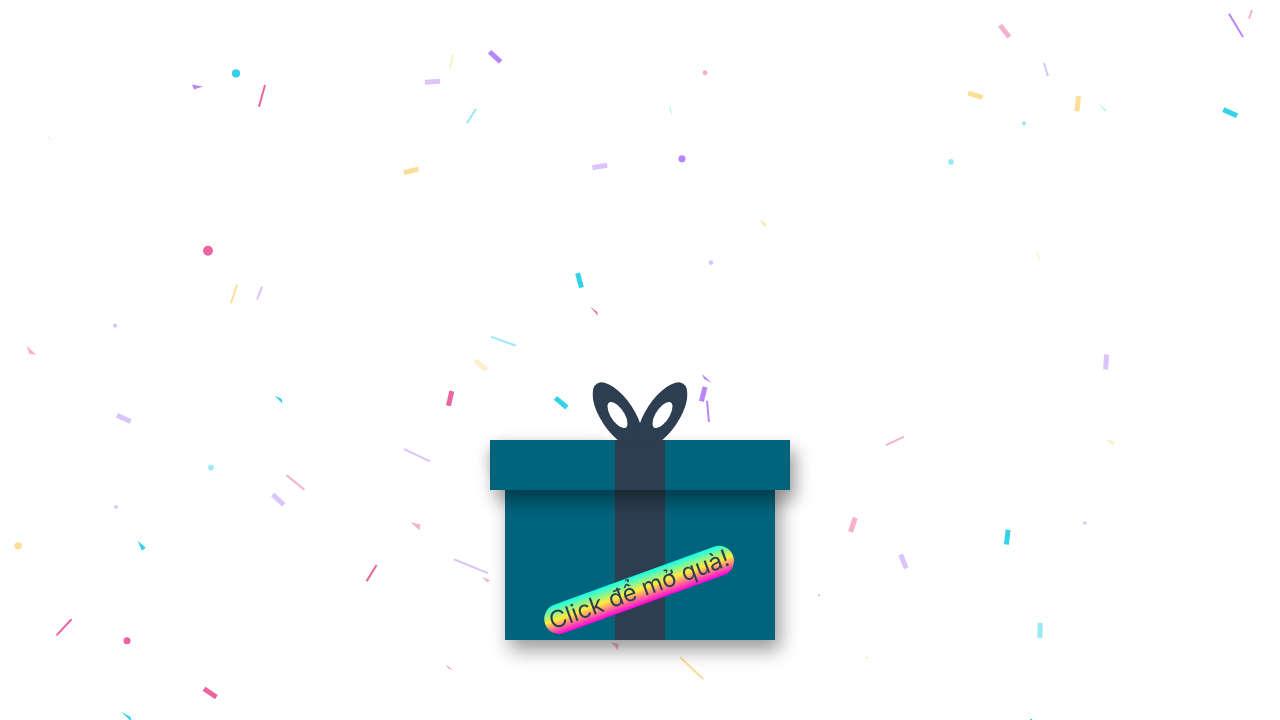
Repository: trongnghia161001/birth_day
Page: index.html
An editor plug-in stored every save of this project. The page is shown before and after the next save, followed by the edit.
The browser window is 1280 px wide. The pictures show the whole page.

Above is the page before, as saved 2022-11-14 23:01:37.

After the next save:
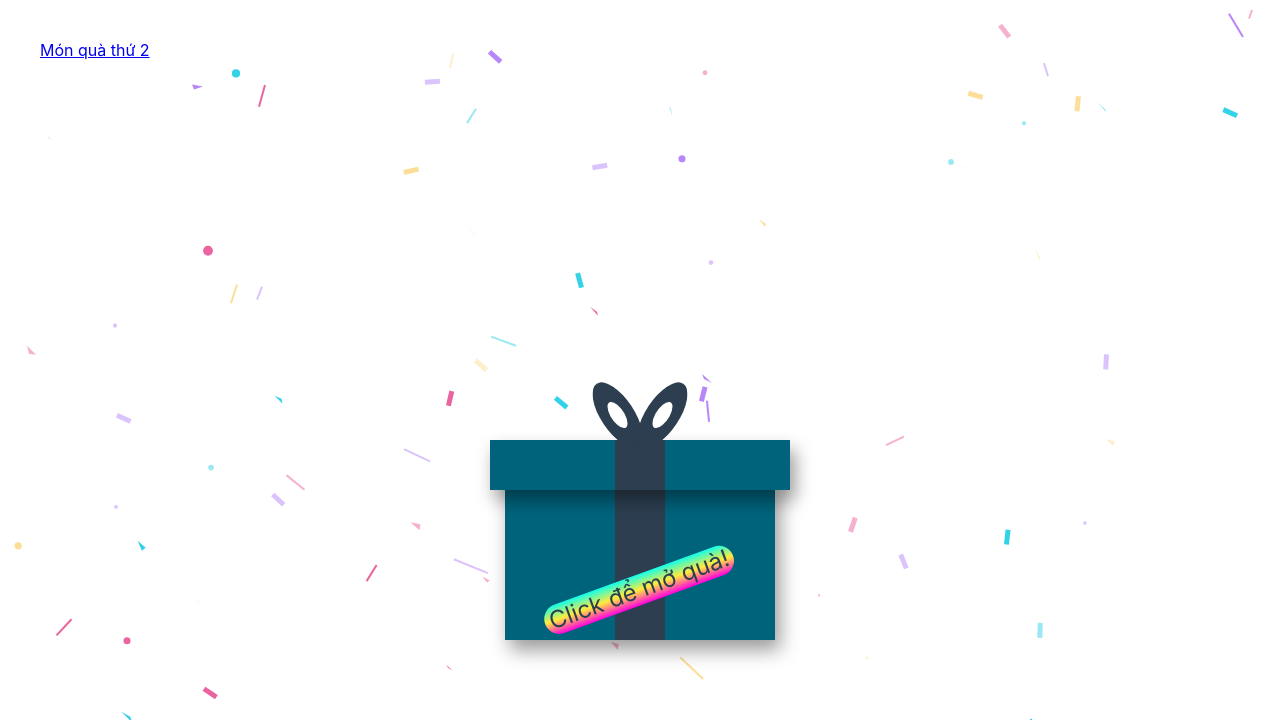
Saved 45 s later.
--- a/index.html
+++ b/index.html
@@ -30,9 +30,9 @@
         <div></div>
       </div>
     <div class="box"></div>
-    <div>
-      <a href="./birthday.html">Món quà thứ 2</a>
-    </div>
+  </div>
+  <div>
+    <a href="./birthday.html">Món quà thứ 2</a>
   </div>
 </body>
 <script src="scripts/confetti.min.js" charset="utf-8"></script>

After the save that followed:
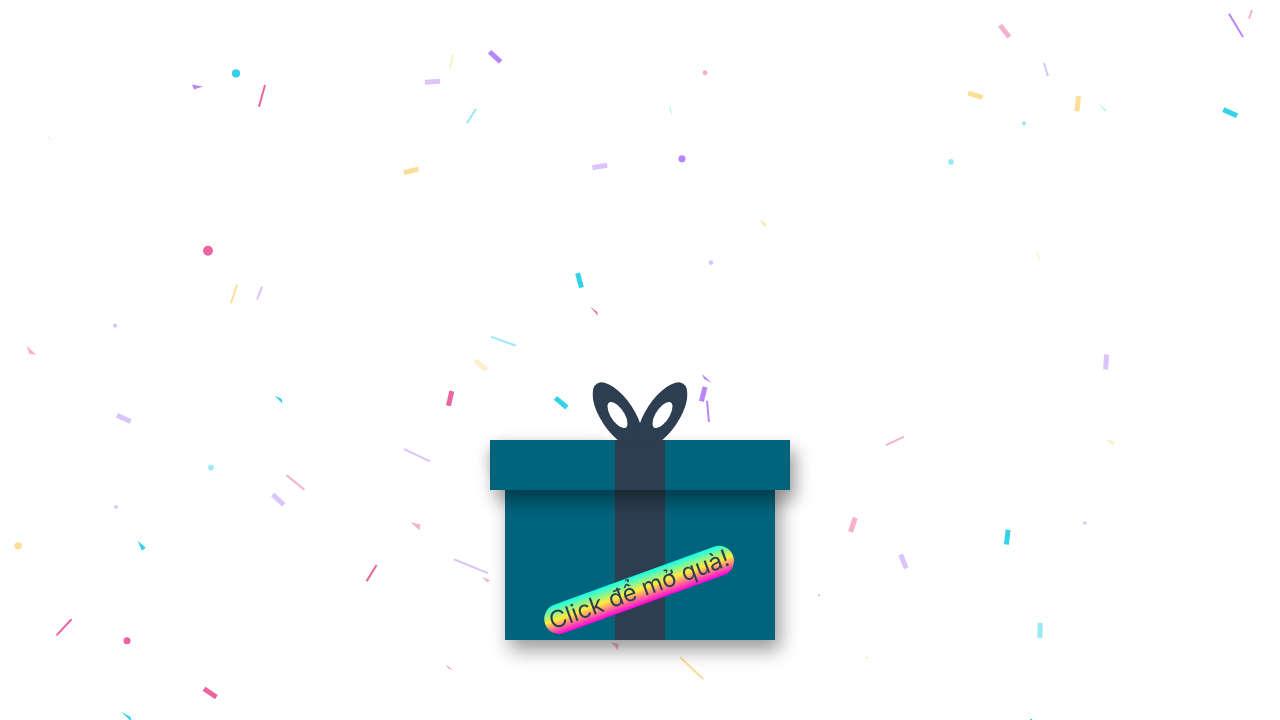
Saved 2 min 19 s later.
--- a/index.html
+++ b/index.html
@@ -30,9 +30,9 @@
         <div></div>
       </div>
     <div class="box"></div>
-  </div>
-  <div>
-    <a href="./birthday.html">Món quà thứ 2</a>
+    <div>
+      <a href="./birthday.html">Món quà thứ 2</a>
+    </div>
   </div>
 </body>
 <script src="scripts/confetti.min.js" charset="utf-8"></script>
